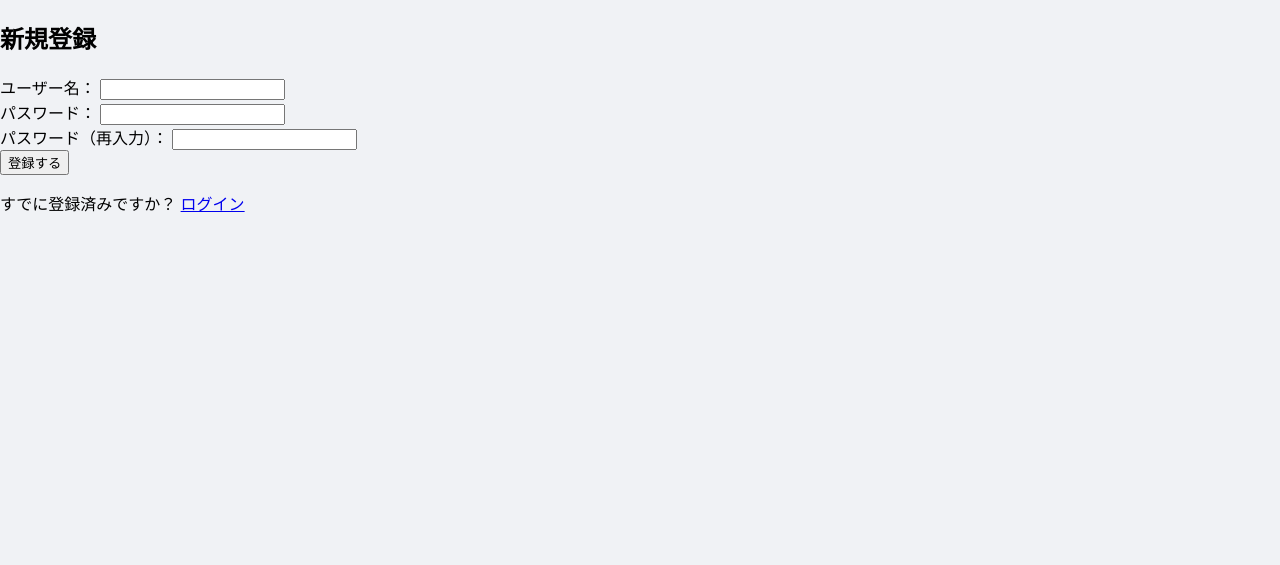
Repository: Kawamurahatesbaseball/X
Page: http://localhost/X/signup.jsp
An editor plug-in stored every save of this project. The page is shown before and after the next save, followed by the edit.
The browser window is 1280 px wide. The pictures show the whole page.
The page is served by Tomcat 10. Other server files are loaded and not shown.

Above is the page before, as saved 2025-05-22 08:13:57.

### X/src/main/webapp/signup.jsp
<%@ page contentType="text/html; charset=UTF-8"%>
<!DOCTYPE html>
<html>
<head>
<meta charset="UTF-8">
<title>ユーザー登録</title>
<link rel="stylesheet" href="style.css">
</head>
<body>
	<div class="signup-container">
		<h2 class="signup-title">新規登録</h2>
		<form action="signup" method="post" class="signup-form">
			<div class="form-group">
				<label for="name">ユーザー名：</label> <input type="text" id="name"
					name="name" required class="form-input">
			</div>
			<div class="form-group">
				<label for="password">パスワード：</label> <input type="password"
					id="password" name="password" required class="form-input">
			</div>
			<div class="form-group">
				<label for="confirm_password">パスワード（再入力）：</label> <input
					type="password" id="confirm_password" name="confirm_password"
					required class="form-input">
			</div>
			<div class="form-group">
				<button type="submit" class="form-button">登録する</button>
			</div>
		</form>
		<p class="login-link">
			すでに登録済みですか？ <a href="login.jsp">ログイン</a>
		</p>
	</div>
</body>
</html>

### X/src/main/webapp/style.css
/* 全体のコンテナ */
.container {
  max-width: 600px;
  margin: 30px auto;
  padding: 0 15px;
  font-family: "Yu Gothic", "Meiryo", sans-serif;
}

/* ようこそメッセージ */
.welcome {
  font-size: 1.6em;
  margin-bottom: 20px;
  color: #333;
  text-align: center;
}

.welcome a {
	text-decoration: none;
	color: inherit;
}

/* 投稿フォーム */
.post-form {
  display: flex;
  flex-direction: column;
  margin-bottom: 30px;
}

.post-textarea {
  resize: vertical;
  min-height: 80px;
  padding: 10px;
  font-size: 1em;
  border: 1px solid #ccc;
  border-radius: 6px;
  outline: none;
  transition: border-color 0.3s ease;
}

.post-textarea:focus {
  border-color: #4a90e2;
}

/* 投稿ボタン */
.post-button {
  margin-top: 10px;
  align-self: flex-end;
  padding: 8px 16px;
  background-color: #4a90e2;
  color: white;
  border: none;
  border-radius: 6px;
  cursor: pointer;
  font-weight: bold;
  transition: background-color 0.3s ease;
}

.post-button:hover {
  background-color: #357abd;
}

/* 投稿一覧 */
.post-list {
  display: flex;
  flex-direction: column;
  gap: 20px;
}

/* 投稿1件分のカード */
.post-item {
  background-color: #f8f9fa;
  padding: 15px 20px;
  border-radius: 10px;
  box-shadow: 0 2px 5px rgb(0 0 0 / 0.1);
  word-wrap: break-word;
}

/* ユーザー名 */
.post-user {
  margin: 0 0 8px 0;
  font-size: 1.1em;
  color: #2c3e50;
}

/* 投稿内容 */
.post-content {
  margin: 0 0 10px 0;
  font-size: 1em;
  color: #333;
  white-space: pre-wrap;
}

/* 日付 */
.post-date {
  font-size: 0.85em;
  color: #888;
  margin-bottom: 10px;
}

/* 削除ボタン */
.delete-form {
  text-align: right;
}

.delete-button {
  background-color: #e74c3c;
  border: none;
  color: white;
  padding: 6px 12px;
  border-radius: 5px;
  cursor: pointer;
  font-size: 0.9em;
  transition: background-color 0.3s ease;
}

.delete-button:hover {
  background-color: #c0392b;
}
.post-user-link {
  text-decoration: none;
  color: #2c3e50;
  font-weight: bold;
}

.post-likes {
  font-size: 0.9em;
  color: #555;
}

.liked-star {
  color: #f39c12;
  margin-left: 6px;
  font-weight: bold;
}


.menu {
    position: absolute;
    top: 20px;
    left: 20px;
    padding: 10px;
    background-color: #f7f7f7;
    border-radius: 8px;
    box-shadow: 0 2px 5px rgba(0,0,0,0.1);
}

.menu-link {
    display: block;
    margin-bottom: 10px;
    color: #333;
    text-decoration: none;
    font-weight: bold;
}

.menu-link:hover {
    text-decoration: underline;
}

body {
  font-family: "Helvetica", sans-serif;
  background-color: #f0f2f5;
  margin: 0;
  padding: 0;
}

.container {
  max-width: 600px;
  margin: 30px auto;
  background: #fff;
  border-radius: 10px;
  padding: 20px;
  box-shadow: 0 0 10px rgba(0,0,0,0.1);
}

.welcome a {
  text-decoration: none;
  color: #333;
}

.post-form textarea,
.reply-form textarea {
  width: 100%;
  padding: 10px;
  border-radius: 8px;
  border: 1px solid #ccc;
  margin-bottom: 10px;
  resize: vertical;
  font-size: 14px;
}

.post-button,
.reply-form button,
.delete-button,
.like-button {
  background-color: #1da1f2;
  color: #fff;
  border: none;
  padding: 8px 12px;
  border-radius: 20px;
  cursor: pointer;
  font-size: 14px;
}

.post-button:hover,
.reply-form button:hover,
.delete-button:hover,
.like-button:hover {
  background-color: #0d8ddb;
}

.like-button.liked {
  background-color: #ffcc00;
  color: #333;
}

.post-item {
  background: #fdfdfd;
  padding: 15px;
  border-radius: 10px;
  margin-bottom: 15px;
  border: 1px solid #ddd;
}

.post-reply {
  margin-top: 10px;
  margin-left: 30px;
  border-left: 2px solid #ccc;
  padding-left: 10px;
}

After the next save:
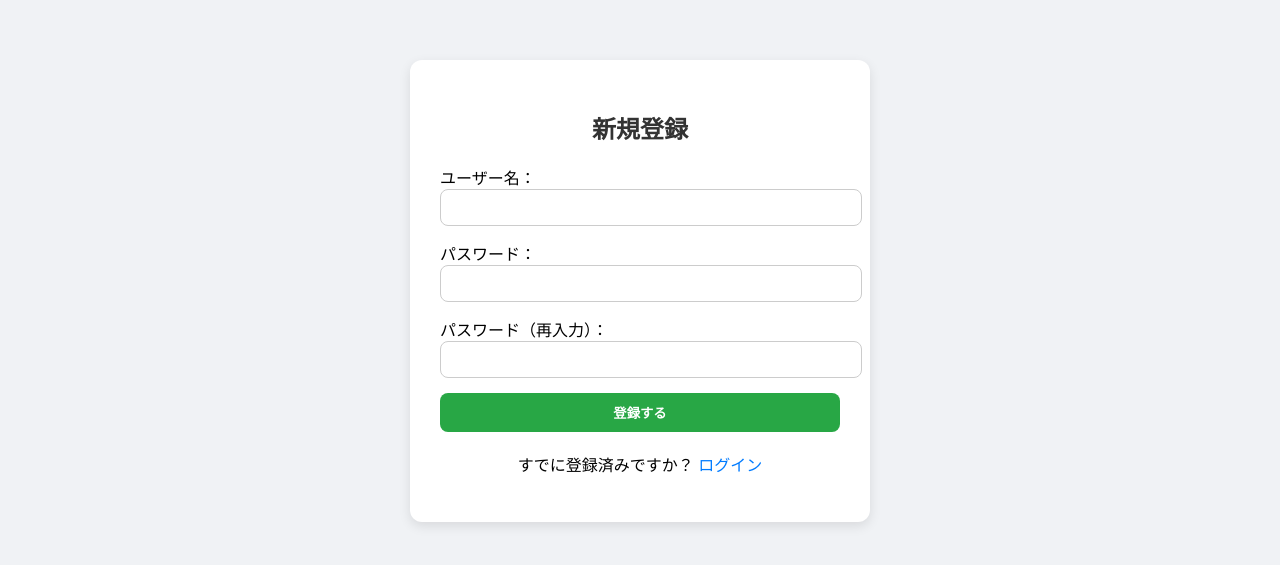
Saved 58 s later.
--- a/X/src/main/webapp/signup.jsp
+++ b/X/src/main/webapp/signup.jsp
@@ -5,6 +5,62 @@
 <meta charset="UTF-8">
 <title>ユーザー登録</title>
 <link rel="stylesheet" href="style.css">
+<style>
+.signup-container {
+	max-width: 400px;
+	margin: 60px auto;
+	padding: 30px;
+	background-color: #fff;
+	border-radius: 12px;
+	box-shadow: 0 4px 12px rgba(0, 0, 0, 0.1);
+}
+
+.signup-title {
+	text-align: center;
+	margin-bottom: 20px;
+	color: #333;
+}
+
+.signup-form .form-group {
+	margin-bottom: 15px;
+}
+
+.form-input {
+	width: 100%;
+	padding: 10px;
+	border-radius: 8px;
+	border: 1px solid #ccc;
+}
+
+.form-button {
+	width: 100%;
+	padding: 10px;
+	background-color: #28a745;
+	color: #fff;
+	border: none;
+	border-radius: 8px;
+	cursor: pointer;
+	font-weight: bold;
+}
+
+.form-button:hover {
+	background-color: #218838;
+}
+
+.login-link {
+	text-align: center;
+	margin-top: 20px;
+}
+
+.login-link a {
+	color: #007bff;
+	text-decoration: none;
+}
+
+.login-link a:hover {
+	text-decoration: underline;
+}
+</style>
 </head>
 <body>
 	<div class="signup-container">
